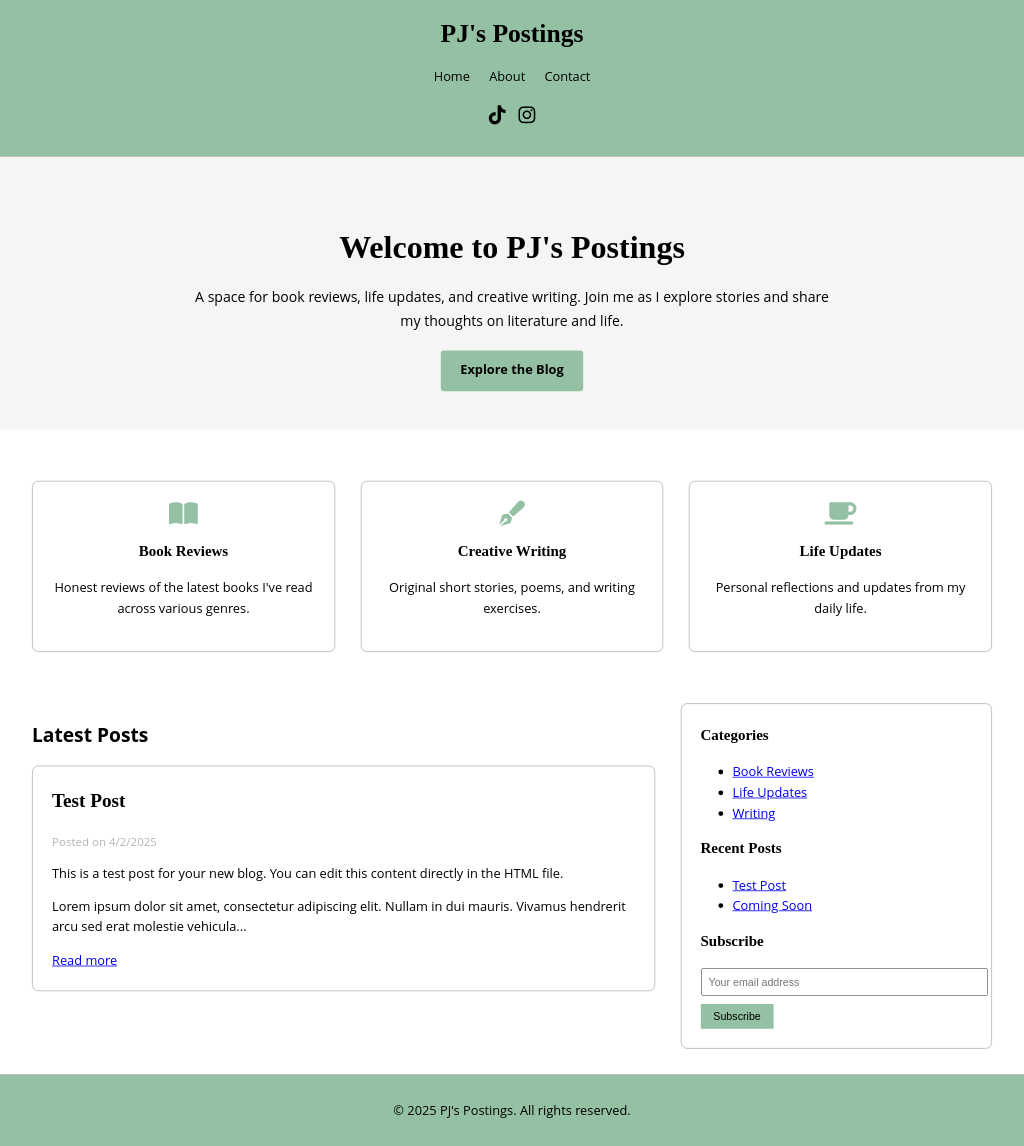
Repository: pjpatrick071/pjpatrick071.github.io
Page: index.html
These files come from the project's save history. The page is drawn as it stood at one moment and after the next save; the edit follows.
The browser window is 1280 px wide. The pictures show the whole page, at 80% of full size.
Some web fonts or font styles are not loaded; a fallback is used.

Above is the page before, as saved 2025-04-02 22:45:07.

After the next save:
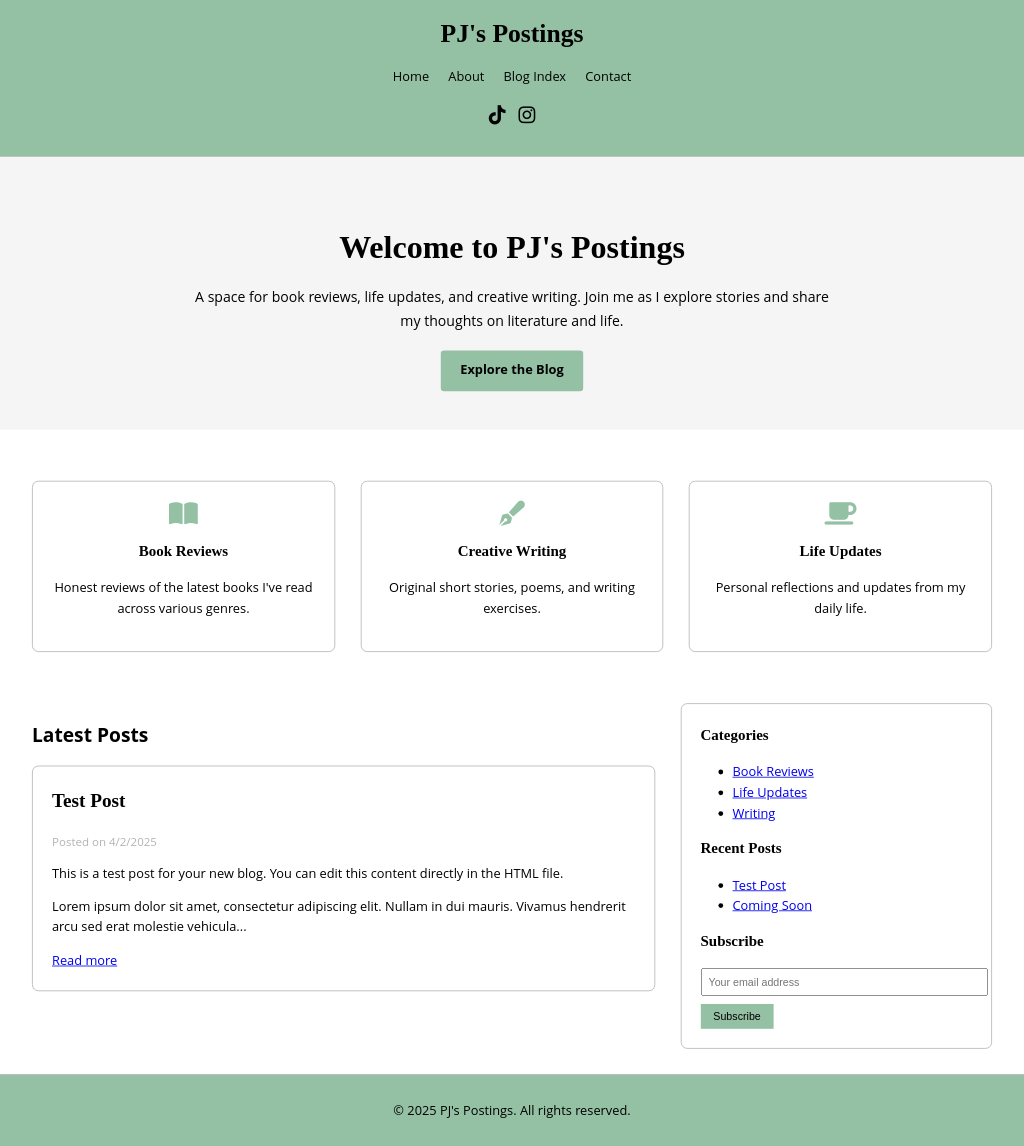
Saved 7 s later.
--- a/index.html
+++ b/index.html
@@ -225,7 +225,7 @@
             <ul>
                 <li><a href="#">Home</a></li>
                 <li><a href="about.html">About</a></li>
-                <li><a href="blog/blogIndex.html> Blog Index</a></li>
+                <li><a href="blog/blogIndex.html"> Blog Index</a></li>
                 <li><a href="#">Contact</a></li>
             </ul>
         </nav>
